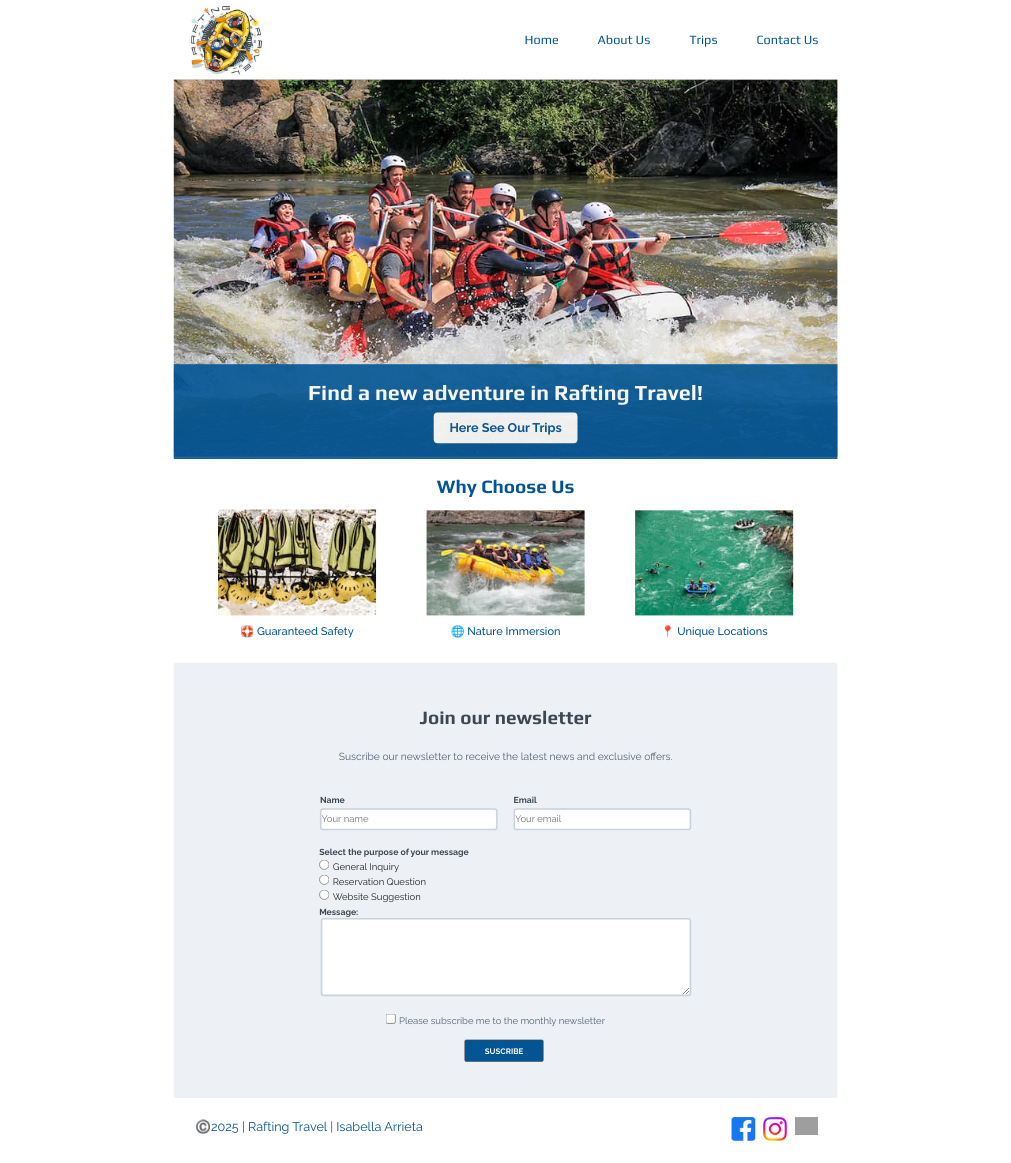
Repository: isaAJ05/wdd130
Page: wwr/index.html
The author's editor kept a copy of each file at every save. The page is drawn from the files as they stood at one save, then again after the next save.
The browser window is 1280 px wide. The pictures show the whole page, at 79% of full size.
Pictures or frames that could not be fetched are drawn as grey boxes.

Above is the page before, as saved 2025-06-16 21:40:57.

### wwr/index.html
<!DOCTYPE html>
<html lang="en">
<head>
    <meta charset="UTF-8">
    <meta name="viewport" content="width=device-width, initial-scale=1.0">
    <title>Home-Rafting Travel</title>
    <meta name="description" content="Main page: Rafting Travel">
    <meta name="author" content="Isabella Arrieta">
    <link rel="stylesheet" href="styles/rafting.css">
    <link rel="preconnect" href="https://fonts.googleapis.com">
    <link rel="preconnect" href="https://fonts.gstatic.com" crossorigin>
    <link href="https://fonts.googleapis.com/css2?family=Play:wght@400;700&family=Raleway:ital,wght@0,100..900;1,100..900&display=swap" rel="stylesheet">
</head>
<body>
    <header>
        <img src ="images/z-raftingcompas.jpg" alt="Rafting Company Logo">
    <nav>
        <a href="index.html">Home</a>
        <a href="about.html">About Us</a>
        <a href="trips.html">Trips</a>
        <a href="contact.html">Contact Us</a>
    </nav>
    </header>
    <main>
        <div class="hero">
            <img src="images/rafting10_1024.jpg" alt="Rafting">
            <div class="hero-text">
            <h1>Find a new adventure in Rafting Travel!</h1>
            <a href="trips.html" class="btn">Here See Our Trips</a>
            </div>
        </div>
        <section class="more-info">
            <h2>Why Choose Us</h2>
            <figure>
                <img src="images/pexels-pavel-danilyuk-9065475.jpg" alt="">
                <figcaption>🛟 Guaranteed Safety</figcaption>
            </figure>
            <figure>
                <img src="images/pexels-walter-rock-242489429-12328763.jpg" alt="">
                <figcaption>🌐 Nature Immersion</figcaption>
            </figure>
            <figure>
                <img src="images/pexels-abhay-yadav-382866156-17779616.jpg" alt="">
                <figcaption>📍 Unique Locations</figcaption>
            </figure>
        </section>
        <div class="rectangle-6">
        <h2>Join our newsletter</h2>
        <p>Suscribe our newsletter to receive the latest news and exclusive offers.</p>
    <form>
        <div class="row">
            <div class="form-title">
                <label for="fullname">Name</label>
                <input type="text" id="fullname" name="fullname" placeholder="Your name">
            </div>
            <div class="form-title">
                <label for="useremail">Email</label>
                <input type="email" id="useremail" name="useremail" placeholder="Your email">
            </div>

        </div>
        <div class="title">
        <label>Select the purpose of your message</label>
        </div>
        <div class="radio">
            <input type="radio" id="inquiry" name="purpose" value="General Inquiry">
            <label for="inquiry">General Inquiry</label><br>
            <input type="radio" id="reservation" name="purpose" value="Reservation Question">
            <label for="reservation">Reservation Question</label><br>
            <input type="radio" id="website" name="purpose" value="Website Suggestion">
            <label for="website">Website Suggestion</label>
        </div>
        <div class="title">
            <label for="feedback">Message:</label>
        </div>
        <div class="textarea">
            <textarea id="feedback" name="feedback" rows="4"></textarea>
        </div>
        <div class="check">
            <input type="checkbox" id="subscribe" name="subscribe">
            <label for="subscribe">Please subscribe me to the monthly newsletter</label>
        </div>
        <div class="send">
            <button type="submit">SUSCRIBE</button>
        </div>
        </form>
    </div>
        </main>
    <footer>
        <p>©️2025 | Rafting Travel | Isabella Arrieta</p>
        <nav class="socialmedia">
            <a href="https://www.facebook.com/">
                <img src="images/facebook.webp" alt="Facebook" width="30">
            </a>
            <a href="https://www.instagram.com/">
                <img src="images/instagram.webp" alt="Instagram" width="30">
            </a>
            <a href="https://x.com/home">
                <img src="images/x.webp" alt="X" width="30">
            </a>
        </nav>
    </footer>
</body>
</html>

### wwr/styles/rafting.css
:root {
    --primary-color: #FC9F1C;
    --secondary-color: #FFE77C;
    --accent1-color: #025595;
    --accent2-color: #A6DEF6;
    --heading-font: "Play", sans-serif;
    --body-font: "Raleway", sans-serif;
}

header {
    margin: 1rem auto;
    background-color: #fff;
    color: var(--secondary-color);
    display: grid;
	grid-template-columns: 1fr 1fr;
    align-items: center;
    border-bottom: 1px solid #ccc;

}
header img {
    width: 100px;
    height: auto;
    margin-left: 16px;
}
*{
    margin: 0;
    padding: 0;
    box-sizing: border-box;
}
body {
    font-family: var(--body-font);
    color: var(--accent1-color);
}
 header, main, footer {
    width: 840px;
    margin: 0 auto;
}
h1, h2{
    font-family: var(--heading-font);
    color: var(--accent1-color);
}
p, section, article{
    margin: 16px;
    padding: 8px;
}
.History {
    display: grid;
	grid-template-columns: 1fr 1fr 1fr;
    align-items: center;
    grid-gap: 1px;
}
.History h2{
    grid-column: 1/4;
    text-align: center;

}
.History img{
    width: 100%;
    height: auto;
}
.Adventure {
    display: grid;
    grid-template-columns: 1fr 1fr 1fr 1fr 1fr;
    align-items: center;
    grid-gap: 15px;
}
.Adventure h2{
    grid-column: 1/6;
    text-align: center;
}
.Adventure img{
    width: 100%;
    height: auto;
}
figcaption {
    text-align: center;
}
nav {
    margin: 16px;
    padding: 8px;
    display: flex;
    justify-content: space-between;
	flex: 1 1 auto;

}
nav a {
    text-decoration: none;
    font-family: var(--heading-font);
    color: var(--accent1-color);
}
nav a:hover {
    color: var(--primary-color);
    text-decoration: underline;
}

.socialmedia a{
    text-decoration: none;
}
.socialmedia {
    justify-content: right;
    gap: 10px;
}

.herodiv{
    position: relative;
    margin: 1em auto;

}

.herodiv img{
    display: block;
    width: 100%;
    height: auto;
}

.herodiv h1{
    position: absolute;
    top: 20px;
    width: 100%;
    padding: 16px;
    text-align: center;
    opacity: 0.9;
    background-color: var(--accent1-color);
    color: #ffffff;

}

.herodiv article{
    position: absolute;
    top: 150px;
    left: 5px;
    width: 800px;
    opacity: 0.9;
    background-color: var(--accent1-color);
    color: #ffffff;
}
.herodiv article img{
    float: right;
    width: 230px;
    padding: 8px;
}
footer {
    display: flex;

}
footer p {
    margin: 19px;
    padding: 8px;

}
.rectangle-3 {
	width: 840px;
	height: 159px;
	padding: 8px 8px 8px 8px;
	background:var(--accent1-color);
    margin: 0 auto;
    display: flex;
    flex-direction: column;
    align-items: center;
    justify-content: center;
	border-radius: 3px 3px 3px 3px;

}
.rectangle-3 .header-3 {
    width: 463px;
	height: 36px;
	color: #FFFFFF;
	font-family: var(--heading-font);
	font-weight: 700;
	font-size: 30px;
	line-height: 1.2;
	text-align: center;
}
.we-love-questions-and-feedback-and-we-re-always- {
	width: 418px;
	height: 44px;
	color: #FFFFFF;
	font-family: var(--body-font);
	font-weight: 400;
	font-size: 13px;
	line-height: 1.4;
	text-align: center;
}
.rectangle-4 {
	width: 840px;
	height: 348px;
	background: #FFFFFF;
	border-radius: 3px 3px 3px 3px;
    display: flex;
    align-items: flex-start;
}
.column-text{
    flex:1;
    padding: 20px;
    align-items: center;
}
.column-text .block{
    flex:1;
}

.column-map {
    flex: 1;
    text-align: right;;
}

.column-map iframe {
	max-width: 463px;
	height: 348px;
	background: #00000000;

}


.header-14 {
	width: 223px;
	color: var(--accent1-color);
	font-family: var(--body-font);
	font-weight: 700;
	font-size: 24px;
	line-height: 1.2;
    text-align: left;
    margin-top: 34px;
}
.jackson-wyoming-ee-uu- {

    margin-top: 35px;
	color: var(--accent1-color);
	font-family: var(--body-font);
	font-weight: 600;
	font-size: 16px;
	line-height: 1.1;
	text-align: left;
    padding-left: 6px;
}


.address-phone-and-email {
    margin-top: 20px;
	color: var(--accent1-color);
	font-family: var(--body-font);
	font-weight: 400;
	font-size: 11px;
	line-height: 1.5;
	text-align: left;
}
.address-phone-and-email img {
	width: 18px;
	height: 18px;
}
.address-phone-and-email figure {
    display: flex;
    gap: 10px;
    margin: 0;
    margin-top: 10px;
}



.rectangle-5 {
	width: 840px;
	height: 240px;
    padding: 20px 20px 20px 20px;
	background: var(--accent1-color);
	border-radius: 3px 3px 3px 3px;
    display: grid;
    grid-template-columns: 1fr 1fr 1fr;
    align-items: center;
    justify-items: center;
}
.rectangle-5 img {
	width: 120px;
	height: 135px;
	background: #00000000;
}

.rectangle-5 figcaption {
	width: 111px;
	height: 15px;
	color: #FFFFFF;
	font-family: var(--body-font);
	font-weight: 500;
	font-size: 14px;
	line-height: 1.1;
	text-align: center;
}

.header-16 {
	width: 223px;
	height: 48px;
	color: #FFFFFF;
	font-family: var(--heading-font);
	font-weight: 700;
	font-size: 24px;
	line-height: 1.2;
	text-align: center;
    grid-column: 1/4;
    margin: 0 auto;
}

.rectangle-6 {
	width: 840px;
	height: 551px;
	padding: 8px 8px 8px 8px;
	background: #EDF0F4;
	border-radius: 3px 3px 3px 3px;
}
.rectangle-6 h2{
    margin-top: 48px;
	color: #3B4754;
	font-family: var(--heading-font);
	font-weight: 700;
	font-size: 24px;
	line-height: 1.2;
	text-align: center;
}

.rectangle-6 p {
	color: #4f6278;
	font-family: var(--body-font);
	font-weight: 400;
	font-size: 13px;
	line-height: 1.5;
	text-align: center;
}

.rectangle-6 .row {
    display: flex;
    gap: 20px;
    align-items: center;
    justify-content: center;
    padding-top: 16px;
    padding-bottom: 16px;

}

.rectangle-6 .form-title {
    display: flex;
    flex-direction: column;

}
.rectangle-6 .form-title label{
	width: 31px;
	height: 12px;
	color: #3B4754;
	font-family: var(--body-font);
	font-weight: 700;
	font-size: 11px;
	line-height: 1.1;
	text-align: left;
}
.rectangle-6 .form-title input{
	width: 225px;
	height: 28px;
	background: #FFFFFF;
	color: #9FAFC1;
	border-color: #C9D3DD;
	border-width: 2px;
	border-style: solid;
	border-radius: 4px 4px 4px 4px;
	font-family: var(--body-font);
	font-weight: 400;
	font-size: 12px;
	text-align: left;
    margin-top: 4px;
}
.rectangle-6 .title label{
	width: 31px;
	height: 12px;
	color: #3B4754;
	font-family: var(--body-font);
	font-weight: 700;
	font-size: 11px;
	line-height: 1.1;
	text-align: left;
    padding-left: 176px;
}
.radio{
    padding-left: 176px;

}

input[type="radio"]{
	background: #FFFFFF;
	border-color: #C9D3DD;
	border-width: 1.5px;
	border-style: solid;
}
.radio label {
    font-family: var(--body-font);
	font-weight: normal;
	font-size: 12px;
	text-align: left;
    color: #232323;
}
.rectangle-6 .textarea {
    display: flex;
    flex-direction: column;
    align-items: center;
    justify-content: center;
}
.rectangle-6 .textarea textarea {
    width: 469px;
	height: 99px;
	background: #FFFFFF;
	color: #000000;
	border-color: #C9D3DD;
	border-width: 2px;
	border-style: solid;
	border-radius: 4px 4px 4px 4px;
	font-family: var(--body-font);
	font-weight: 400;
	font-size: 12px;
	text-align: left;

}
.check {
    padding-left: 260px;
    padding-top: 20px;
    padding-bottom: 16px;
}
.check checkbox {
	width: 371px;
	height: 19px;
	background: #FFFFFF;
	border-color: #C9D3DD;
	border-width: 1.5px;
	border-style: solid;

}

.check label{
    font-family: var(--body-font);
	font-weight: normal;
	font-size: 12px;
	text-align: left;
	color: #4f6278;;
}
.send {
    padding-left: 360px;
}
.rectangle-6 button, .hero button {
	width: 100px;
	height: 28px;
	padding: 0px 10px 0px 10px;
	background: var(--accent1-color);
	color: #FFFFFF;
	border-color: #3B4754;
	border-width: 1px;
	border-style: solid;
	border-radius: 2px 2px 2px 2px;
	font-family: var(--body-font);
	font-weight: 700;
	font-size: 10px;
	text-align: center;

}
.rectangle-6 button:hover, .hero-text .btn:hover {
    background: var(--primary-color);
    color: #fff;
    cursor: pointer;
}
.hero {
	position: relative;
}
.hero img {
	width: 100%;
	display: block;
}
.hero-text {
	position: absolute;
	top: 360px;
	width: 100%;
	text-align: center;
	background-color: var(--accent1-color);
	padding: 20px;
	opacity: 0.9;
	color: #ffffff;
}

.hero-text h1 {
	font-size: 1.7rem;
	margin: 0;
	font-family: var(--heading-font);
	color: #ffffff;
}

.hero-text .btn {
	display: inline-block;
	margin-top: 10px;
	padding: 10px 20px;
	background-color: #ffffff;
	color: var(--accent1-color);
	text-decoration: none;
	border-radius: 5px;
	font-weight: bold;
}
.more-info {
    display: grid;
    grid-template-columns: 1fr 1fr 1fr;
    align-items: center;
    justify-items: center;

}

.more-info h2{
    grid-column: 1/4;
    text-align: center;
	margin-bottom: 16px;

}
.more-info img{
    width: 200px;
    height: auto;
}
.more-info figcaption{
	text-align: center;
	padding: 8px;
	font-family: var(--body-font);
	color: var(--accent1-color);
	font-weight: 500;
	font-size: 14px;
}

After the next save:
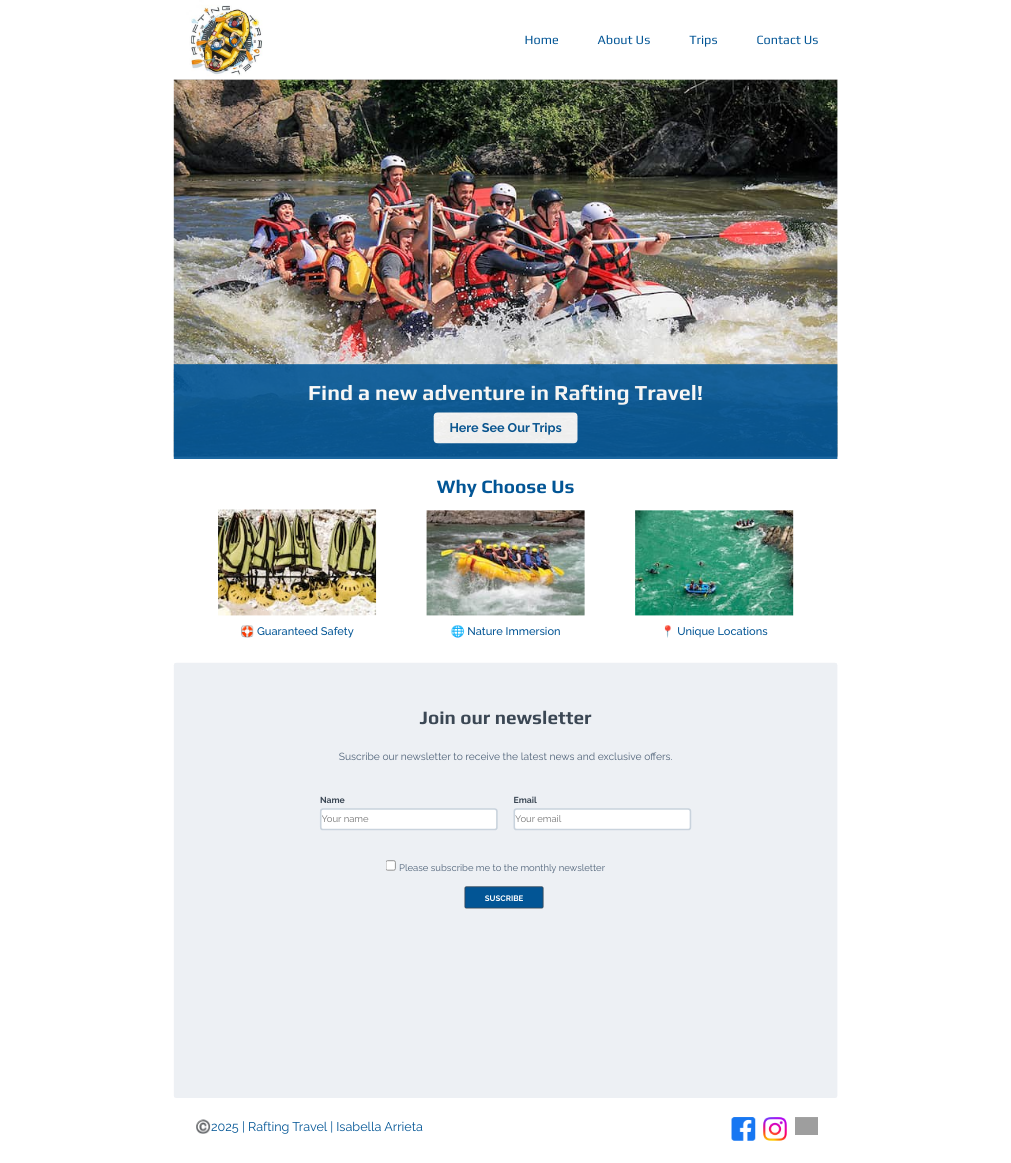
Saved 6 s later.
--- a/wwr/index.html
+++ b/wwr/index.html
@@ -59,23 +59,7 @@
             </div>
 
         </div>
-        <div class="title">
-        <label>Select the purpose of your message</label>
-        </div>
-        <div class="radio">
-            <input type="radio" id="inquiry" name="purpose" value="General Inquiry">
-            <label for="inquiry">General Inquiry</label><br>
-            <input type="radio" id="reservation" name="purpose" value="Reservation Question">
-            <label for="reservation">Reservation Question</label><br>
-            <input type="radio" id="website" name="purpose" value="Website Suggestion">
-            <label for="website">Website Suggestion</label>
-        </div>
-        <div class="title">
-            <label for="feedback">Message:</label>
-        </div>
-        <div class="textarea">
-            <textarea id="feedback" name="feedback" rows="4"></textarea>
-        </div>
+
         <div class="check">
             <input type="checkbox" id="subscribe" name="subscribe">
             <label for="subscribe">Please subscribe me to the monthly newsletter</label>
